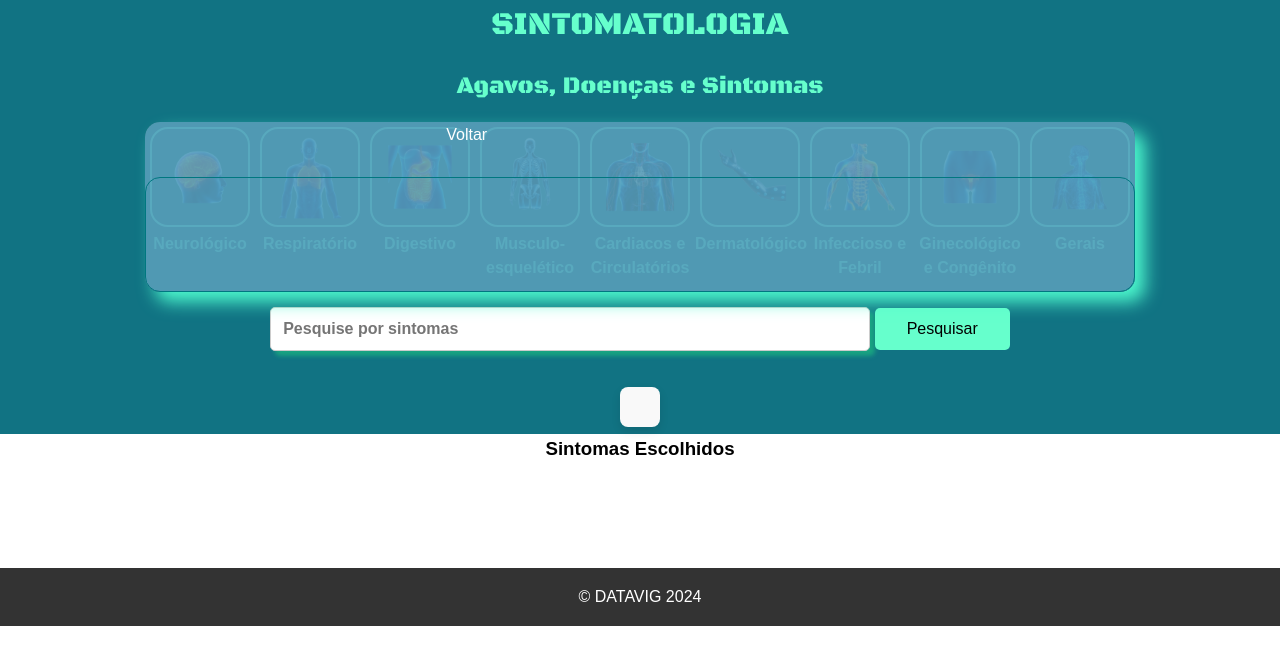
Repository: br-on/vigia
Page: index.html
An editor plug-in stored every save of this project. The page is shown before and after the next save, followed by the edit.
The browser window is 1280 px wide. The pictures show the whole page.
Some web fonts or font styles are not loaded; a fallback is used.

Above is the page before, as saved 2024-09-16 20:56:30.

### index.html
<!DOCTYPE html>
<html lang="pt-br">
<head>
  <meta charset="UTF-8">
  <meta name="viewport" content="width=device-width, initial-scale=1.0">
  <title>IA VIGILÂNCIA</title>
  <link rel="stylesheet" href="assets/style/style.css">
</head>
<body>
  <nav>
  </nav>
  <header class="search">
    <h1 class="black-ops-one-regular">SINTOMATOLOGIA</h1>
    <h2 class="black-ops-one-regular">Agavos, Doenças e Sintomas</h2>

    <div class="grupos-sintomas">

      <div class="base-div">
      <div id="neurologicos" class="grupo"><div class="grupo-sintoma"><img src="/assets/img/grupos/neurologico.png" alt=""></div><div class="nome-grupo electrolize-regular">Neurológico</div></div>
      <div id="respiratorios" class="grupo"><div class="grupo-sintoma"><img src="assets/img/grupos/respiratorio.png" alt=""></div><div class="nome-grupo electrolize-regular">Respiratório</div></div>
      <div id="digestivos" class="grupo"><div class="grupo-sintoma"><img src="assets/img/grupos/digestivo.png" alt=""></div><div class="nome-grupo electrolize-regular">Digestivo</div></div>
      <div id="musculoesqueleticos" class="grupo"><div class="grupo-sintoma"><img src="assets/img/grupos/musculoesqueletico.png" alt=""></div><div class="nome-grupo electrolize-regular">Musculo- esquelético</div></div>
      <div id="cardiacos-circulatorios" class="grupo"><div class="grupo-sintoma"><img src="assets/img/grupos/cardiaco.png" alt=""></div><div class="nome-grupo electrolize-regular">Cardiacos e Circulatórios</div></div>
      <div id="dermatologicos" class="grupo"><div class="grupo-sintoma"><img src="assets/img/grupos/dermatologico.png" alt=""></div><div class="nome-grupo electrolize-regular">Dermatológico</div></div>
      <div id="infecciosos-febris" class="grupo"><div class="grupo-sintoma"><img src="assets/img/grupos/infecciosofebril.png" alt=""></div><div class="nome-grupo electrolize-regular">Infeccioso e Febril</div></div>
      <div id="ginecologicos-congenitos" class="grupo"><div class="grupo-sintoma"><img src="assets/img/grupos/ginecologicocongentia.png" alt=""></div><div class="nome-grupo electrolize-regular">Ginecológico e Congênito</div></div>
      <div id="sistemicos-gerais" class="grupo"><div class="grupo-sintoma"><img src="assets/img/grupos/gerais.png" alt=""></div><div class="nome-grupo electrolize-regular">Gerais</div></div>
      </div>

      <div class="overlay-div">
        <div class="top-overlay-div">
          <div class="top-1">Voltar</div>
          <div class="top-2">

          </div>
        </div>
        <div class="sintomas-grupo">
          <div id="sintomas-escolhidos">
            <!-- Sintomas escolhidos serão exibidos aqui -->
          </div>
        </div>
      </div>


    </div><br>
    <input type="text" placeholder="Pesquise por sintomas" class="electrolize-regular" id="campo-pesquisa">
    <button onclick="pesquisar()">Pesquisar</button>
    <br>
    <div id="resultados-pesquisa" class="resultado-pesquisa-sintomas"></div>
  </header>
  <main>
    <center><h3>Sintomas Escolhidos</h3></center>
    <div id="sintomas-escolhidos">
      <!-- Sintomas escolhidos serão exibidos aqui -->
    </div>
    <br><br>
    <div id="resultados-doencas">
      <!-- Resultados das doenças serão exibidos aqui -->
    </div>
    <br><br>

  </main>
  <footer>
    <p>&copy; DATAVIG 2024</p>
  </footer>

  <script src="assets/script/sintomas.js"></script>
  <script src="assets/script/data.js"></script>
  <script src="assets/script/app.js"></script>
</body>
</html>

### assets/style/style.css
@import url('https://fonts.googleapis.com/css2?family=Black+Ops+One&display=swap');
@import url('https://fonts.googleapis.com/css2?family=Electrolize&display=swap');

* {
    margin: 0;
    padding: 0;
}

.black-ops-one-regular {
  font-family: "Black Ops One", system-ui;
  font-weight: 400;
  font-style: normal;
}

.electrolize-regular {
  font-family: "Electrolize", sans-serif;
  font-weight: 600;
  font-style: normal;
}

/* Estilos globais */
* {
    margin: 0;
    padding: 0;
    box-sizing: border-box;
}

html, body {
    height: 100%;
}

body {
    font-family: Arial, sans-serif;
    line-height: 1.6;
    margin: 0;
    padding: 0;

}

header, nav, footer {
    background-color: #333;
    color: #fff;
    text-align: center;
}

main {
    flex: 1;
}

h1, h2 {
    color: #66ffcc;
    margin-bottom: 1rem;
}

/* Estilo para o formulário de pesquisa */
.search {
    text-align: center;
    background-color: #117383;
}

.search input[type="text"] {
    margin-top: 15px;
    width: 600px;
    padding: 0.75rem;
    margin-bottom: 1rem;
    border: 1px solid #ccc;
    border-radius: 5px;
    font-size: 1rem;
    box-shadow: 5px 5px 4.5px #19a381;
}

.search button {
    padding: 0.75rem 2rem;
    background-color: #66ffcc;
    color: #000;
    border: none;
    border-radius: 5px;
    cursor: pointer;
    font-size: 1rem;
}

.search button:hover {
    background-color: #29a67c;
    color: rgb(255, 255, 255);
}

/* Estilo para resultados */
.results {
    padding: 2rem;
    background-color: #fff;
    text-align: center;
}

/* Estilo do rodapé */

footer {
    background-color: #333;
    color: white;
    padding: 1rem;
    text-align: center;
    position: relative;
    bottom: 0;
    width: 100%;
}

/* Media Queries para telas menores */
@media (max-width: 768px) {
    .search input[type="text"] {
        width: 95%;
    }

    .search button {
        width: 100%;
        margin-top: 1rem;
    }
}

@media (max-width: 480px) {
    h1 {
        font-size: 2rem;
    }

    h2 {
        font-size: 1.5rem;
    }

    footer {
        font-size: 0.9rem;
    }
}

/* Container principal dos resultados */
#resultados-pesquisa {

    max-height: 80vh; /* Limita a altura para que os resultados não ocupem a tela inteira */
    overflow-y: auto; /* Ativa a barra de rolagem vertical */
    padding: 20px;
    margin-top: 20px;
    border-radius: 8px;
    box-shadow: 0px 4px 10px rgba(0, 0, 0, 0.1); /* Sombra suave */
    background-color: #f9f9f9; /* Fundo claro */
}

/* Estilo dos itens de resultado */
.item-resultado {
    border: 3px solid #e0e0e0; /* Borda leve ao redor do item */
    border-radius: 8px; /* Bordas arredondadas */
    padding: 20px; /* Espaçamento interno */
    margin-bottom: 20px; /* Espaçamento entre os itens */
    background-color: #fff; /* Fundo branco para o item */
    box-shadow: 0px 4px 8px rgba(0, 0, 0, 0.05); /* Sombra leve */
    transition: transform 0.3s ease, box-shadow 0.3s ease; /* Transição suave */
}

/* Efeito hover nos itens */
.item-resultado:hover {
    transform: translateY(-5px); /* Eleva o item ao passar o mouse */
    box-shadow: 0px 6px 12px rgba(0, 0, 0, 0.15); /* Aumenta a sombra ao passar o mouse */
}

/* Título do item */
.item-resultado h2 {
    font-size: 1.8rem;
    margin-bottom: 10px;
    color: #333; /* Cor mais escura para o título */
    font-weight: bold;
}

/* Subtítulos (Descrição, Sintomas, etc.) */
.item-resultado h4 {
    font-size: 1.2rem;
    margin-top: 15px;
    margin-bottom: 8px;
    color: #555; /* Cor intermediária */
}

/* Texto descritivo */
.item-resultado .descricao-meta {
    font-size: 1rem;
    line-height: 1.5; /* Facilita a leitura */
    color: #666; /* Cor do texto */
    margin-bottom: 15px;
}

/* Links */
.item-resultado a {
    font-size: 1rem;
    color: #007bff; /* Cor azul padrão */
    text-decoration: none;
}

.item-resultado a:hover {
    text-decoration: underline; /* Sublinha ao passar o mouse */
}

/* Barra de rolagem estilizada */
#resultados-pesquisa::-webkit-scrollbar {
    width: 8px;
}

#resultados-pesquisa::-webkit-scrollbar-thumb {
    background-color: #888;
    border-radius: 10px;
}

#resultados-pesquisa::-webkit-scrollbar-thumb:hover {
    background-color: #555;
}


/* Adicione isto ao seu arquivo CSS */
#filtros-sintomas {
    width: 90%;
    margin: 0 auto; /* Centraliza a div horizontalmente */
    display: flex;
    flex-wrap: wrap; /* Faz com que os itens quebrem para a linha seguinte */
    gap: 10px; /* Espaço entre os itens */
    box-sizing: border-box;
}

#filtros-sintomas label {
    display: flex;
    align-items: center;
    margin-right: 10px; /* Espaço entre os labels */

}


.sintoma-item {
    padding: 10px;
    margin: 5px 0;
    border-radius: 5px;
    cursor: pointer;
    margin: 2px;
}

.sintoma-item:hover {
    opacity: 0.8;
}

#sintomas-escolhidos {
    display: inline-flex;
    flex-wrap: wrap;
    margin-top: 20px;
}

.sintoma-escolhido {
    background-color: #d4edda; /* Cor de fundo verde clara */
    border: 1px solid #c3e6cb;
    padding: 10px;
    margin: 5px 0;
    border-radius: 5px;
}

.resultado-pesquisa-sintomas {
    display: inline-flex;
    flex-wrap: wrap;
    align-items: center;
    justify-content: center;
}

.grupos-sintomas {
    position: relative;
    margin: 0 auto;
    display: inline-flex;
    flex-wrap: wrap;
    justify-content: center;
    align-items: flex-start;
    min-height: 170px;
    background-color: #0f5c5093;
    border-radius: 15px;
    box-shadow: 10px 10px 17px #4cf8cd;
}

/* Media Queries para telas menores */
@media (max-width: 768px) {
    .grupos-sintomas {
        width: 94.5%;
    }
}

.grupo:hover {
    cursor: pointer;
    .nome-grupo {
        margin-top: 18px;
        background-color: hsl(29, 100%, 42%);
    }
    .grupo-sintoma {
        height: 90px;
        width: 90px;
        transition: 0.5s;
        cursor: pointer;
        border-radius: 50%;
        background-color: hsl(29, 100%, 42%);
    }
  }
.grupo-sintoma {
    display: flex;
    justify-content: center;
    align-items: center;
    margin: 5px;
    width: 100px;
    height: 100px;
    border-radius: 18px;
    border: solid 2.5px #66ffcc;
}

.grupo-sintoma img {
    width: 90px;
    height: 90px;
    transition: width 0.3s ease-in-out, height 0.3s ease-in-out;
}

.grupo-sintoma img:hover {
    height: 130px;
    width: 130px;
    transition: all 0.5s ease; /* Suavizando a transição */
}

.nome-grupo {
    max-width: 110px;
    font-size: 1em;
    color: #66ffcc;
    line-height: 1.5;

}


/* background-color dos nomes dos grupos */
/* sem utilidade no momento */
    .bg-neurologicos {background-color: #88490d; }
    .bg-respiratorios {background-color: #26B63E; }
    .bg-digestivos {background-color: #060270;}
    .bg-musculoesqueleticos {background-color: #632e2e;}
    .bg-cardiacos-circulatorios {background-color: #D20103;}
    .bg-dermatologicos {background-color: #c63de9;}
    .bg-infecciosos-febris {background-color: #4419AA;}
    .bg-ginecologicos-congenitos {background-color: #3b0a49;}
    .bg-sistemicos-gerais {background-color: #2B5D9C;}


.base-div {
        display: inline-flex;
        flex-wrap: wrap;

        /* A altura será variável de acordo com o conteúdo */
}

.overlay-div {
    position: absolute;
    display: flex;
    flex-direction: column;
    width: 100%; /* A largura da div sobreposta será igual à da div base */
    height: 100%; /* A altura será igual à div base */
    background-color: rgba(87, 160, 189, 0.897); /* Cor com transparência */
    border-radius: 15px;
    transition: opacity 0.3s ease-in-out; /* Suavizando a transição de opacidade */
    //display: none;
}

.overlay-div[style*="display: flex"] {
    opacity: 1;
}

.top-overlay-div {
    height: 50px;
    display: flex;
}

.top-overlay-div .top-1 {
    width:65%;
}

.sintomas-grupo {
    border: solid 1px rgb(0, 119, 128);
    border-radius: 15px;
    margin-top: 5px;
    height: calc(100% - 55px);
}

### assets/script/app.js
document.addEventListener('DOMContentLoaded', function () {
    // Carregar sintomas iniciais (se necessário)
});

// Função para exibir os sintomas ao clicar em um grupo
function exibirSintomasPorGrupo(grupoId) {
    let resultadosSintomasDiv = document.getElementById("resultados-pesquisa");
    resultadosSintomasDiv.innerHTML = ""; // Limpar resultados anteriores

    // Obter sintomas já escolhidos
    let sintomasEscolhidos = Array.from(document.getElementById("sintomas-escolhidos").children)
        .map(div => div.textContent);

    // Filtrar sintomas pelo grupo clicado e que não foram escolhidos
    let sintomasEncontrados = dataSintomas.filter(sintoma =>
        sintoma.grupo_sintoma.toLowerCase() === grupoId.toLowerCase() &&
        !sintomasEscolhidos.includes(sintoma.titulo_sintoma)
    );

    if (sintomasEncontrados.length > 0) {
        sintomasEncontrados.forEach(sintoma => {
            let divSintoma = document.createElement('div');
            divSintoma.className = 'sintoma-item';
            divSintoma.style.backgroundColor = coresPorGrupo[grupoId.toLowerCase()] || '#ccc';
            divSintoma.textContent = sintoma.titulo_sintoma;
            divSintoma.addEventListener('click', () => adicionarSintomaEscolhido(sintoma, grupoId));
            resultadosSintomasDiv.appendChild(divSintoma);
        });
    } else {
        resultadosSintomasDiv.innerHTML = '<p>Nenhum sintoma encontrado para este grupo.</p>';
    }
}


// Função para configurar o clique nos grupos
function configurarEventosDeCliqueNosGrupos() {
    // Seleciona todas as divs de grupos de sintomas
    const grupos = document.querySelectorAll('.grupo');

    // Adiciona o evento de clique para cada grupo
    grupos.forEach(grupo => {
        grupo.addEventListener('click', () => {
            exibirSintomasPorGrupo(grupo.id); // Exibe sintomas ao clicar no grupo
        });
    });
}

// Chama essa função quando a página carrega
window.onload = configurarEventosDeCliqueNosGrupos;

// Função do botão pesquisar
function pesquisar() {
    let campoPesquisa = document.getElementById("campo-pesquisa").value.toLowerCase();
    let resultadosSintomasDiv = document.getElementById("resultados-pesquisa");
    resultadosSintomasDiv.innerHTML = ""; // Limpar resultados anteriores

    // Obter sintomas já escolhidos
    let sintomasEscolhidos = Array.from(document.getElementById("sintomas-escolhidos").children)
        .map(div => div.textContent);

    // Filtrar sintomas que correspondem ao texto digitado e que não foram escolhidos
    let sintomasEncontrados = dataSintomas.filter(sintoma =>
        (sintoma.titulo_sintoma.toLowerCase().includes(campoPesquisa) ||
        sintoma.grupo_sintoma.toLowerCase().includes(campoPesquisa)) &&
        !sintomasEscolhidos.includes(sintoma.titulo_sintoma)
    );

    sintomasEncontrados.forEach(sintoma => {
        let divSintoma = document.createElement('div');
        divSintoma.className = 'sintoma-item';

        let grupoId = sintoma.grupo_sintoma.toLowerCase().replace(/\s/g, '-');
        divSintoma.style.backgroundColor = coresPorGrupo[grupoId] || '#ccc';

        divSintoma.textContent = sintoma.titulo_sintoma;
        divSintoma.addEventListener('click', () => adicionarSintomaEscolhido(sintoma, grupoId));
        resultadosSintomasDiv.appendChild(divSintoma);
    });
}

function adicionarSintomaEscolhido(sintoma, grupoId) {
    let sintomasEscolhidosDiv = document.getElementById("sintomas-escolhidos");

    // Verifica se o sintoma já foi escolhido
    let sintomaJaEscolhido = Array.from(sintomasEscolhidosDiv.children).some(div => div.textContent === sintoma.titulo_sintoma);
    if (sintomaJaEscolhido) return; // Evita adicionar o mesmo sintoma mais de uma vez

    let divEscolhido = document.createElement('div');
    divEscolhido.className = 'sintoma-escolhido';
    divEscolhido.textContent = sintoma.titulo_sintoma;

    // Aplicar a cor do grupo ao sintoma escolhido
    divEscolhido.style.backgroundColor = coresPorGrupo[grupoId.toLowerCase()] || '#ccc';

    // Adiciona o evento de clique para remover o sintoma da lista escolhida
    divEscolhido.addEventListener('click', () => removerSintomaEscolhido(sintoma));

    sintomasEscolhidosDiv.appendChild(divEscolhido);

    // Remover o sintoma da lista de sintomas encontrados
    let sintomasEncontrados = document.querySelectorAll('#resultados-pesquisa .sintoma-item');
    sintomasEncontrados.forEach(item => {
        if (item.textContent === sintoma.titulo_sintoma) {
            item.remove();
        }
    });

    mostrarDoencasRelacionadas();
}

function removerSintomaEscolhido(sintoma) {
    let sintomasEscolhidosDiv = document.getElementById("sintomas-escolhidos");

    // Encontrar e remover o sintoma da lista de escolhidos
    Array.from(sintomasEscolhidosDiv.children).forEach(div => {
        if (div.textContent === sintoma.titulo_sintoma) {
            div.remove();
        }
    });

    // Reexibir o sintoma na lista de pesquisa ou na lista de grupo
    let resultadosSintomasDiv = document.getElementById("resultados-pesquisa");

    let divSintoma = document.createElement('div');
    divSintoma.className = 'sintoma-item';

    // Atribuir cor do grupo
    let grupoId = sintoma.grupo_sintoma.toLowerCase().replace(/\s/g, '-');
    divSintoma.style.backgroundColor = coresPorGrupo[grupoId] || '#ccc';

    divSintoma.textContent = sintoma.titulo_sintoma;
    divSintoma.addEventListener('click', () => adicionarSintomaEscolhido(sintoma, grupoId));
    resultadosSintomasDiv.appendChild(divSintoma);

    mostrarDoencasRelacionadas();
}

function mostrarDoencasRelacionadas() {
    let sintomasEscolhidosDiv = document.getElementById("sintomas-escolhidos");
    let sintomasEscolhidos = Array.from(sintomasEscolhidosDiv.children).map(div => div.textContent.trim().toLowerCase());

    let resultadosDoencasDiv = document.getElementById("resultados-doencas");
    resultadosDoencasDiv.innerHTML = ""; // Limpar resultados anteriores

    // Percorre cada doença no array dataDoencas
    dataDoencas.forEach(doenca => {
        // Divide os sintomas da doença em um array e remove espaços extras
        let sintomasDoenca = doenca.sintomas.toLowerCase().split(',').map(s => s.trim());

        // Verifica se todos os sintomas escolhidos estão incluídos nos sintomas da doença
        let correspondeSintomas = sintomasEscolhidos.every(sintomaEscolhido =>
            sintomasDoenca.includes(sintomaEscolhido)
        );

        // Se todos os sintomas escolhidos estiverem presentes, exibe a doença
        if (correspondeSintomas) {
            resultadosDoencasDiv.innerHTML += `
                <div class="item-resultado">
                    <center><h2 class="black-ops-one-regular">${doenca.titulo}</h2></center>
                    <h4 class="electrolize-regular">Descrição</h4>
                    <p class="descricao-meta">${doenca.descricao}</p>
                    <h4 class="electrolize-regular">Sintomas</h4>
                    <p class="descricao-meta">${doenca.sintomas}</p>
                    <h4 class="electrolize-regular">Prevenção</h4>
                    <p class="descricao-meta">${doenca.prevencao}</p>
                    <h4 class="electrolize-regular">Tratamento</h4>
                    <p class="descricao-meta">${doenca.tratamento}</p>
                    <a href="${doenca.link}" target="_blank">${doenca.link}</a>
                </div>
            `;
        }
    });
}

Loaded but not shown: assets/script/data.js (373 lines, source omitted); assets/script/sintomas.js (484 lines, source omitted)

After the next save:
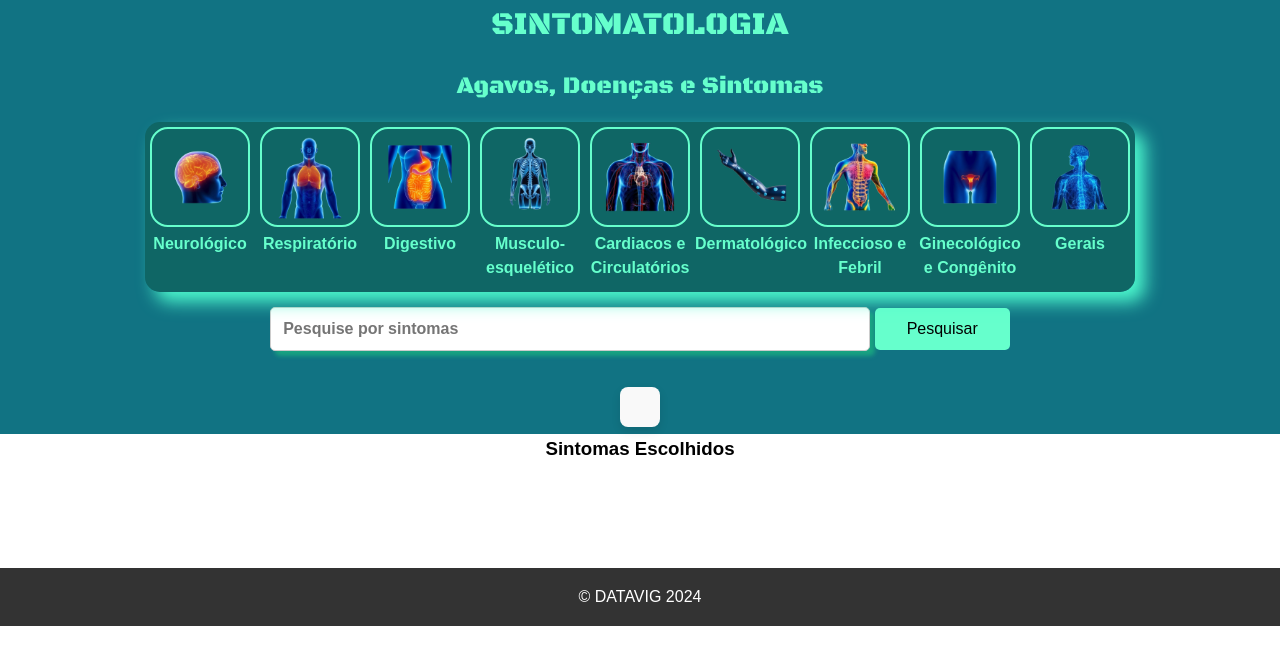
Saved 8 s later.
--- a/assets/style/style.css
+++ b/assets/style/style.css
@@ -355,7 +355,7 @@
     background-color: rgba(87, 160, 189, 0.897); /* Cor com transparência */
     border-radius: 15px;
     transition: opacity 0.3s ease-in-out; /* Suavizando a transição de opacidade */
-    //display: none;
+    display: none;
 }
 
 .overlay-div[style*="display: flex"] {

After the save that followed:
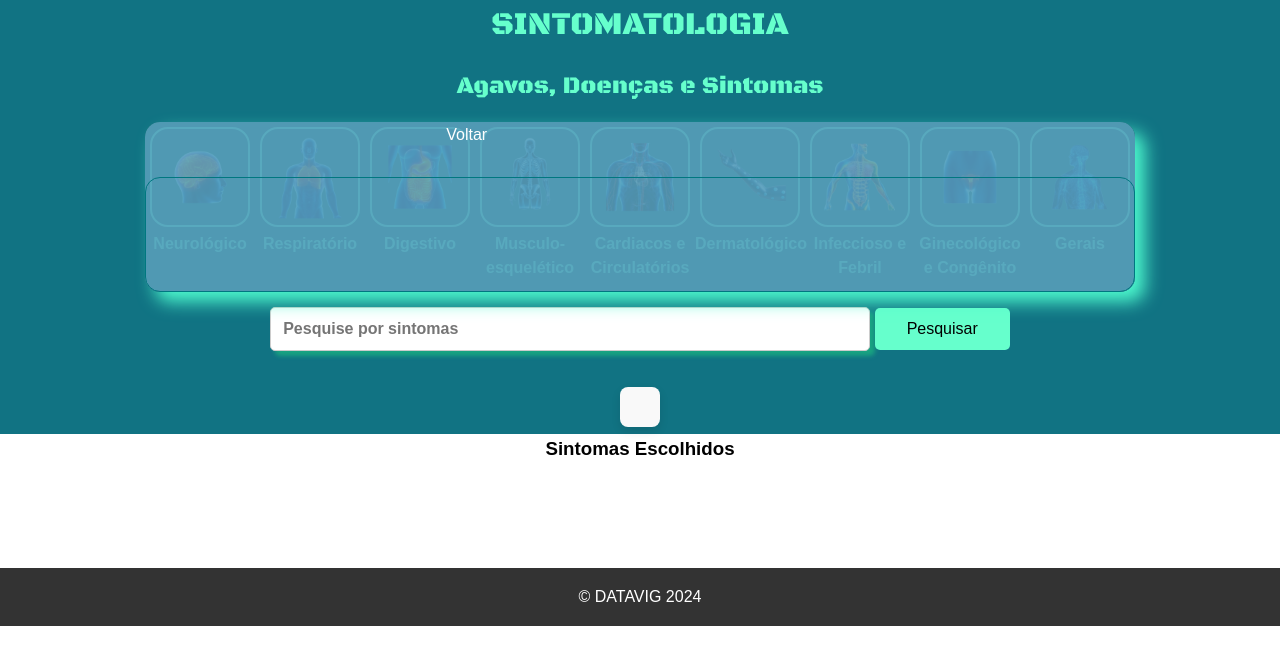
Saved 5 s later.
--- a/assets/style/style.css
+++ b/assets/style/style.css
@@ -355,7 +355,7 @@
     background-color: rgba(87, 160, 189, 0.897); /* Cor com transparência */
     border-radius: 15px;
     transition: opacity 0.3s ease-in-out; /* Suavizando a transição de opacidade */
-    display: none;
+   //display: none;
 }
 
 .overlay-div[style*="display: flex"] {
